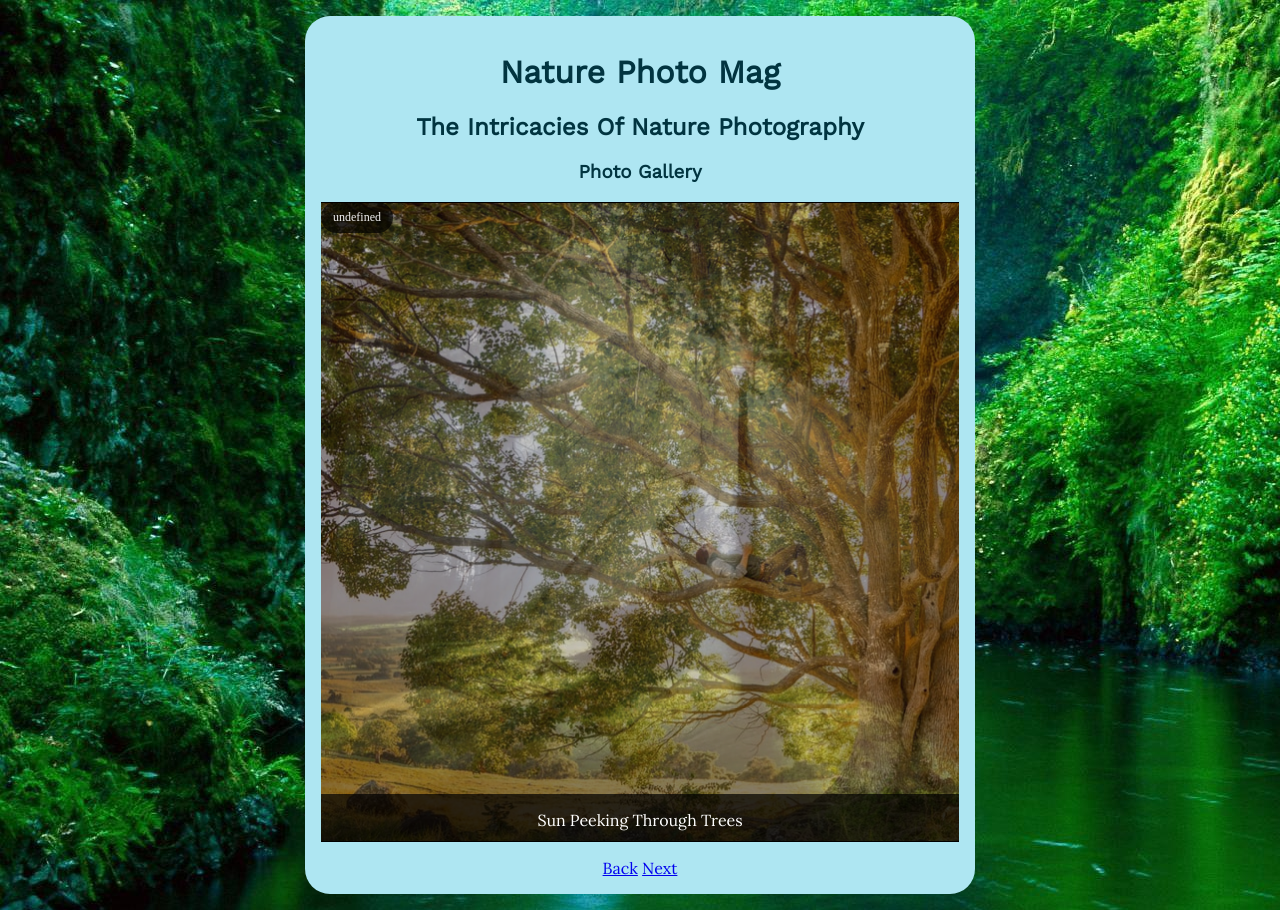
Repository: alexmaddux99/Image-Gallery
Page: index.html
These files come from the project's save history. The page is drawn as it stood at one moment and after the next save; the edit follows.
The browser window is 1280 px wide. The pictures show the whole page.
Backgrounds fixed to the window are drawn as part of the page.

Above is the page before, as saved 2022-03-10 12:07:05.

### index.html
<!DOCTYPE html>
<html lang="en">
<head>
  <meta charset="UTF-8">
  <meta http-equiv="X-UA-Compatible" content="IE=edge">
  <meta name="viewport" content="width=device-width, initial-scale=1.0">
  <title>Nature Photo Mag - The Intricacies Of Nature Photography - Photo Gallery</title>
  <link rel="stylesheet" href="css/main.css">
  <script  src="js/main.js" defer></script>

</head>
<body>

<div class="content">
<h1>Nature Photo Mag</h1>
<h2>The Intricacies Of Nature Photography</h2>
<section>
  <h3>Photo Gallery</h3>

  <figure class="frame">
    <img class="slide current" src="images/1.jpg" alt="Man Sleeping In Tree" numb="1/10">
    <img class="slide" src="images/2.jpg" alt="Sun Peeking Through Trees" numb="2/10">
    <img class="slide" src="images/3.jpg" alt="Couple Looking At Mountain Overlooking Lake">
    <img class="slide" src="images/4.jpg" alt="Northern Lights">
    <img class="slide" src="images/5.jpg" alt="Storm On The Coast">
    <img class="slide" src="images/6.jpg" alt="Mountain Overlooking house">
    <img class="slide" src="images/7.jpg" alt="Aerial Shot of Antartic Landscape">
    <img class="slide" src="images/8.jpg" alt="Close Up Of Crystal">
    <img class="slide" src="images/9.jpg" alt="Aerial Shot Of Remote Landscape">
    <img class="slide" src="images/10.jpg" alt="Aerial Shot Overlooking Ice Berg">




    <figcaption class="caption"></figcaption>

    <div class="numb"></div>
  </figure>

  <div class="controls">
    <a href="#" class="back-btn">Back</a>
    <a href="#" class="next-btn">Next</a>
  </div>

</section>
</div>

</body>
</html>

### css/main.css
@import url('https://fonts.googleapis.com/css2?family=Lora&family=Work+Sans&display=swap');

* {
  box-sizing:border-box;
}



body {
  color: #013440;
  text-align:center;
  background-image: url(../images/background.jpg);
  background-attachment: fixed;
}

h1, h2, h3{

  font-family: 'Work Sans', sans-serif;

}

section {
  min-height: max-content;
  width: 100%;
  margin: auto;
}

.frame {
  background-color: black;
  position:relative;
  max-width:640px;
  width: 100%;
  height:640px;
  margin: 1rem auto;

}

.slide {
  object-fit: contain;
  width: 100%;
  height: 100%;
  display:block;
  margin-bottom: 2rem;
}


.hide {
  opacity: 0;
  transition: opacity .5s ease-out;
}


.current {
  transition: opacity .5s ease-out;
}


.abs-pos {
  position: absolute;
}

.caption {
  font-family: 'Lora', serif;
  position: absolute;
  z-index: 3;
  color: #fff;
  background: rgba(0, 0, 0, .7);
  bottom: 0;
  width: 100%;
  height: 1rem;
  padding: 1rem 1rem 2rem 1rem;
}

.controls {
  font-family: 'Lora', serif;
  display: none;
}

.content{
  margin: 1rem;
  padding: 1rem;
  background-color: #AEE6F2;
  border-radius: 25px;
}

.numb{
  padding: 1rem;
  border-radius: 25px;
  background: rgba(0, 0, 0, .7);
  color: #f2f2f2;
  font-size: 12px;
  padding: 8px 12px;
  position: absolute;
  top: 0;
}

@media only screen and (min-width: 768px) {
  .content{
      margin-left: auto;
      margin-right: auto;
      align-content: center;
      max-width: 670px;
  }
  }

### js/main.js
document.addEventListener('DOMContentLoaded', init);
var myInterval = "";

function init() {
  //create shortcut vars
  const back_btn = document.querySelector(".back-btn");
  const next_btn = document.querySelector(".next-btn");
  const frame = document.querySelector(".frame");
  const slides = frame.querySelectorAll("img");
  const caption = document.querySelector(".caption");
  const controls = document.querySelector(".controls");


  //with JS active, hide all images
  slides.forEach((slide) => {
    slide.classList.add("hide", "abs-pos");
  });

  // show the first slide
  slides[0].classList.remove("hide");

  //make the controls work
   next_btn.addEventListener("click",changeSlide);
   back_btn.addEventListener("click", changeSlide);

   // set the caption dynamically
   caption.innerHTML = frame.firstElementChild.alt;

   //show the controls
   controls.style.display = "block";

   myInterval = setInterval(changeSlide, 5000);
}



function changeSlide(e) {

    // stop link from trying to reload page
    if(e) {
      e.preventDefault();
      clearInterval(myInterval);
    }

    //shortcut vars
    const frame = document.querySelector(".frame");
    const slides = frame.querySelectorAll("img");
    const caption = document.querySelector(".caption");
    const numb = document.querySelector(".numb")
    let showing = document.querySelector(".current");
    let nextUp = "";

    if(!e || e.target.className == 'next-btn') {
      nextUp = showing.nextElementSibling;
    }else{
      nextUp = showing.previousElementSibling;
    }


    // deactivate current image
    showing.classList.toggle("hide");
    showing.classList.toggle("current");

    //make sure next image is there
    if (!nextUp) {
      nextUp = slides[slides.length - 1];
    }

    if (nextUp.nodeName !== "IMG") {
      nextUp = slides[0];
    }

    // activate next image
    nextUp.classList.toggle("hide");
    nextUp.classList.toggle("current");

    //change caption text
    caption.innerHTML = nextUp.alt;

    numb.innerHTML = nextUp.numb;
  }

After the next save:
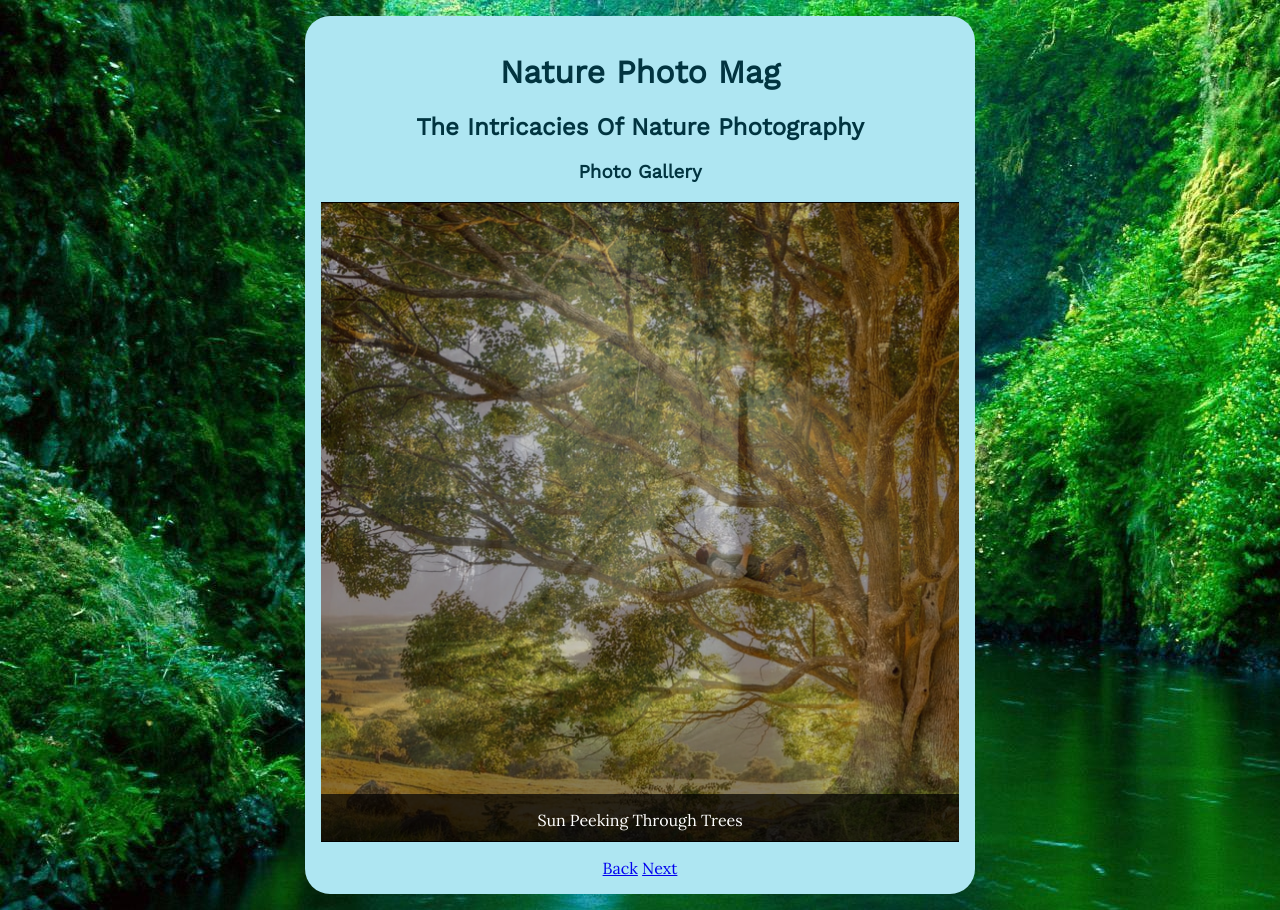
Console error: TypeError: Cannot set properties of null (setting 'innerHTML')
Saved 95 s later.
--- a/index.html
+++ b/index.html
@@ -34,7 +34,7 @@
 
     <figcaption class="caption"></figcaption>
 
-    <div class="numb"></div>
+    <div class="numb1"></div>
   </figure>
 
   <div class="controls">
